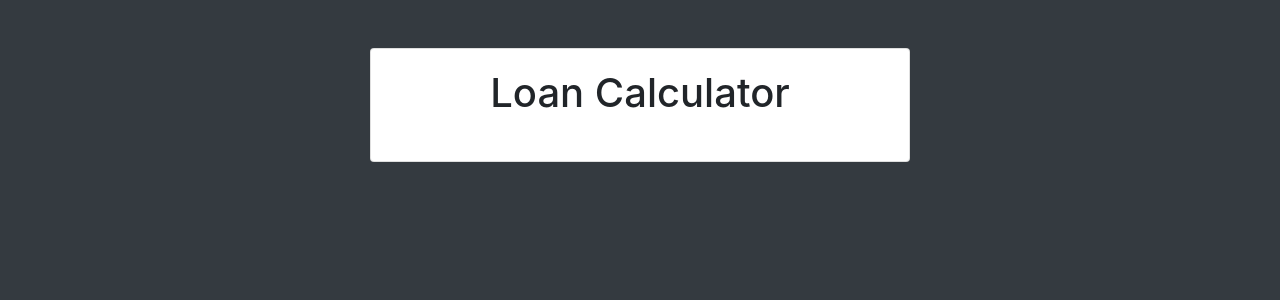
Repository: varun-project/LearningJs
Page: index.html
These files come from the project's save history. The page is drawn as it stood at one moment and after a run of saves; the edit follows.
The browser window is 1280 px wide. The pictures show the whole page.

Above is the page before, as saved 2019-07-28 16:30:33.

After the next 5 saves:
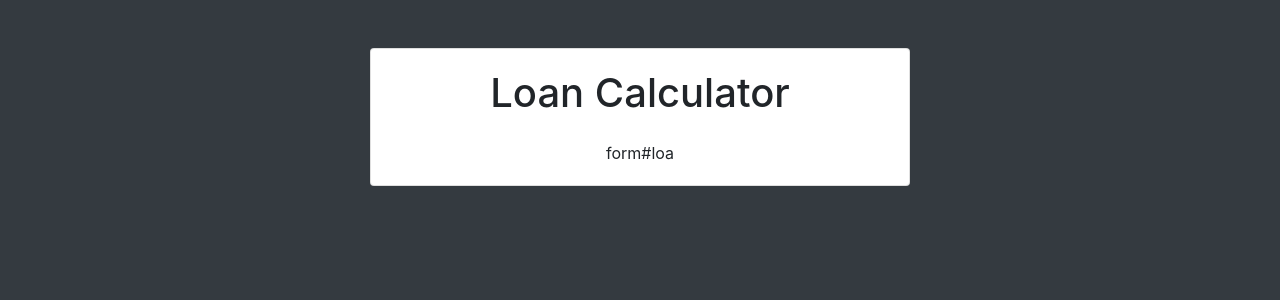
The 5 saves are shown as one change because they came seconds apart.
The last was saved 14 s later.
--- a/index.html
+++ b/index.html
@@ -18,7 +18,7 @@
              <div class="card card-body text-center mt-5">
 
               <h1 class="heading display-5 pb-3">Loan Calculator</h1>
-
+               form#loa
 
             </div>
 

After the save that followed:
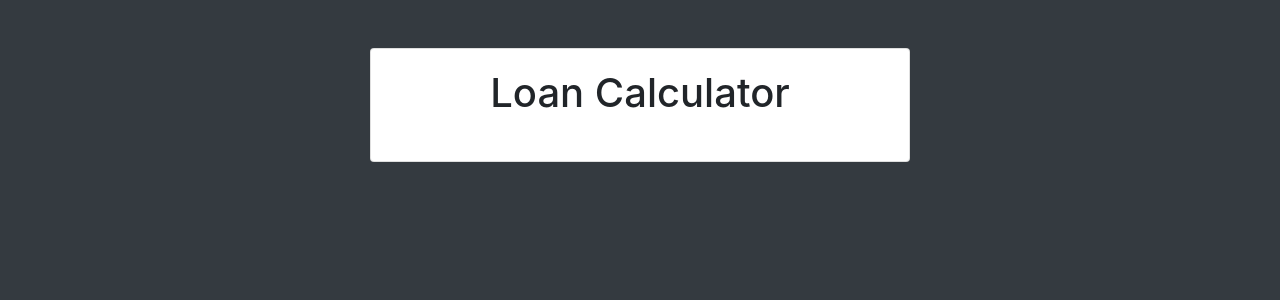
Saved 4 s later.
--- a/index.html
+++ b/index.html
@@ -18,7 +18,7 @@
              <div class="card card-body text-center mt-5">
 
               <h1 class="heading display-5 pb-3">Loan Calculator</h1>
-               form#loa
+               <form action="" id="loan-form"></form>
 
             </div>
 
